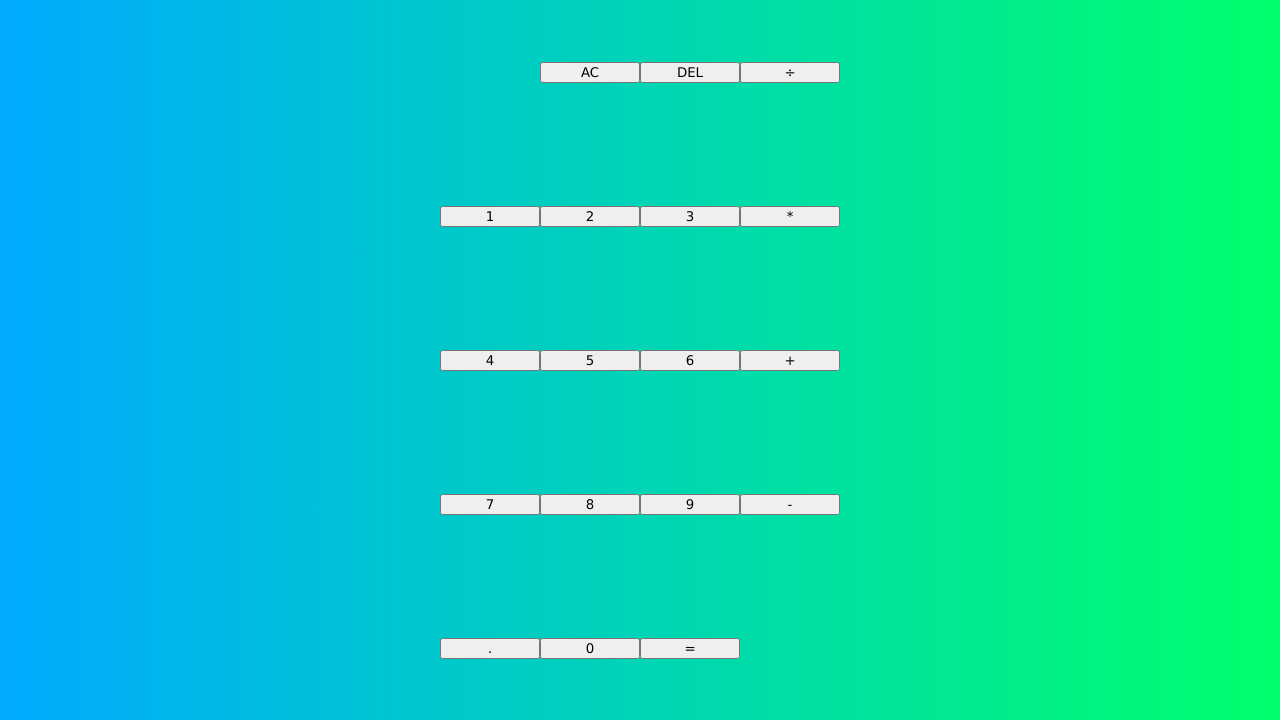
Repository: devkthines/js-calculator
Page: index.html
An editor plug-in stored every save of this project. The page is shown before and after a run of saves, followed by the edit.
The browser window is 1280 px wide. The pictures show the whole page.

Above is the page before, as saved 2023-12-18 21:48:10.

After the next 2 saves:
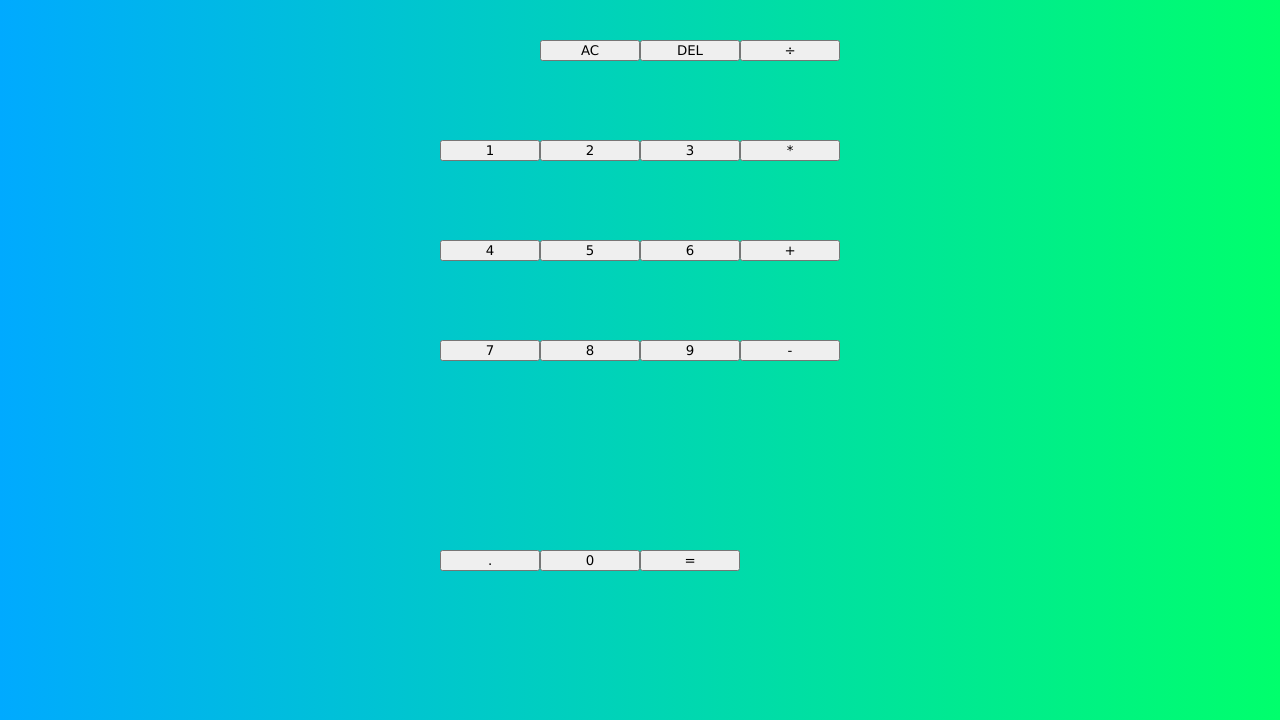
The 2 saves are shown as one change because they came seconds apart.
The last was saved 6 s later.
--- a/styles.css
+++ b/styles.css
@@ -19,6 +19,6 @@
     /* Stating for the calculator to take up space on screen vertically at all times */
     min-height: 100vh;
     grid-template-columns: repeat(4,100px);
-    grid-template-rows: ;
+    grid-template-rows: repeat(4,100px);
 
 }

After the 2 saves that followed:
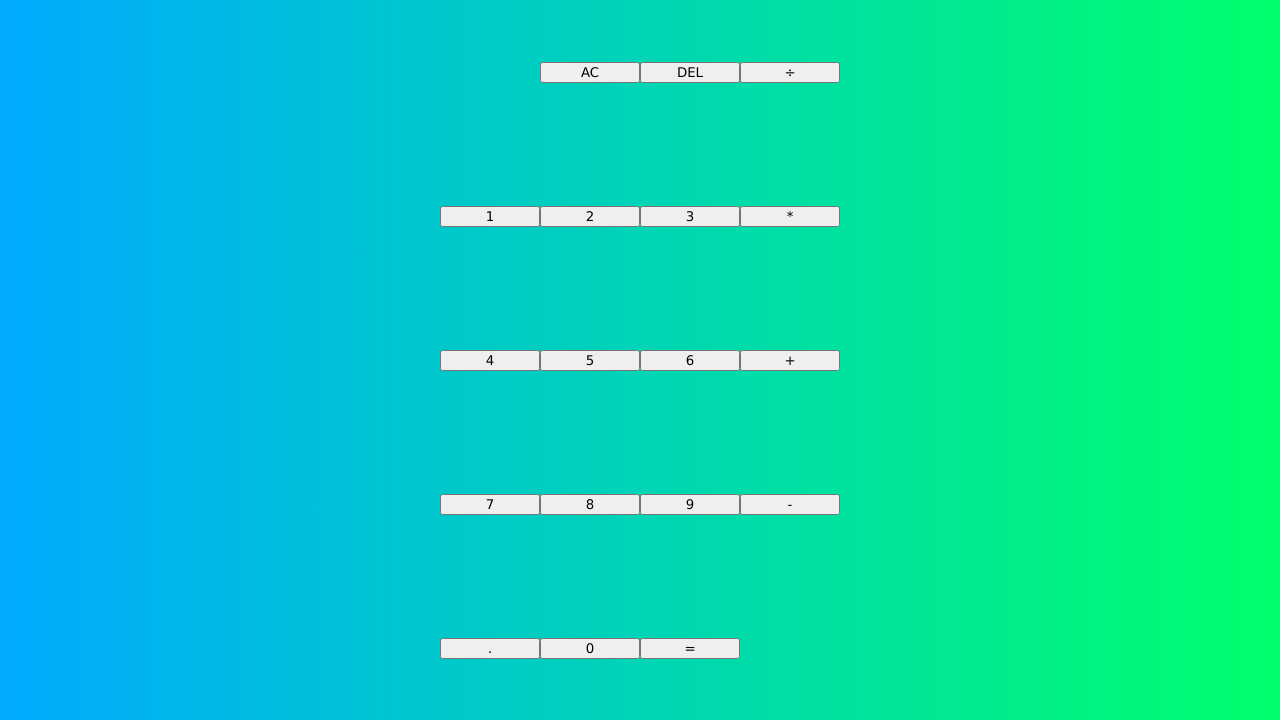
The 2 saves are shown as one change because they came seconds apart.
The last was saved 21 s later.
--- a/styles.css
+++ b/styles.css
@@ -19,6 +19,6 @@
     /* Stating for the calculator to take up space on screen vertically at all times */
     min-height: 100vh;
     grid-template-columns: repeat(4,100px);
-    grid-template-rows: repeat(4,100px);
+    grid-template-rows: minmax(repeat(4,100px));
 
 }
